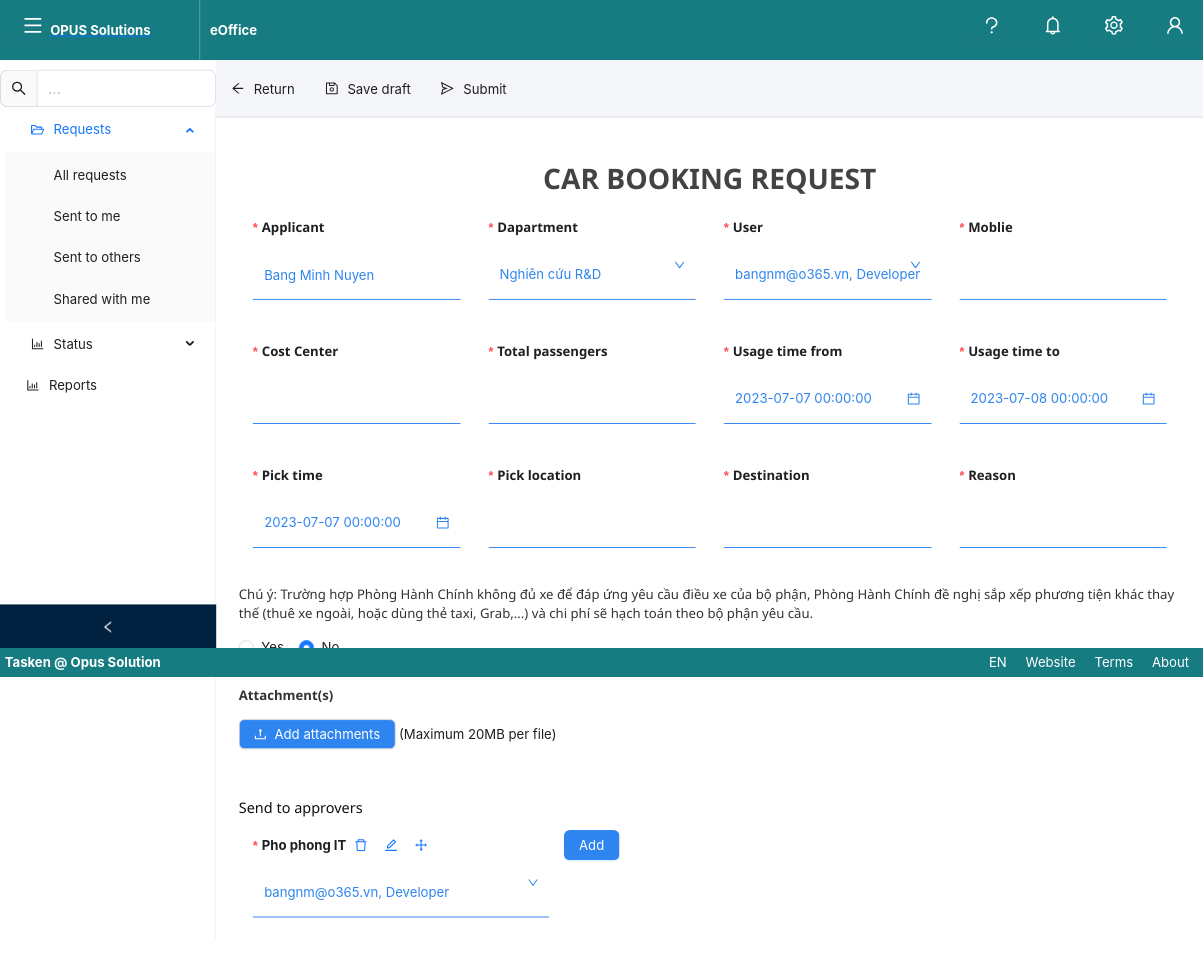
Repository: vannam272008/car-booking
Page: /request/addrequest
An editor plug-in stored every save of this project. The page is shown before and after the next save, followed by the edit.
The browser window is 1280 px wide. The pictures show the whole page, at 94% of full size.
The project was rebuilt for these pictures with package versions that can differ from the ones it lists, and the page was loaded fresh each time. Also part of the build but not shown: src/Components/DetailRequest/Comments/comment.tsx, src/Components/DetailRequest/Menu/menu.tsx, src/Components/DetailRequest/DetailRequest/detailRequest.tsx, src/Pages/ManageRequest/index.css, src/Pages/ManageRequest/ManageRequest.tsx. Imported but missing from the stored project, and not drawn on this page: src/Pages/Home.

Above is the page before, as saved 2023-07-09 22:39:16.

After the next save:
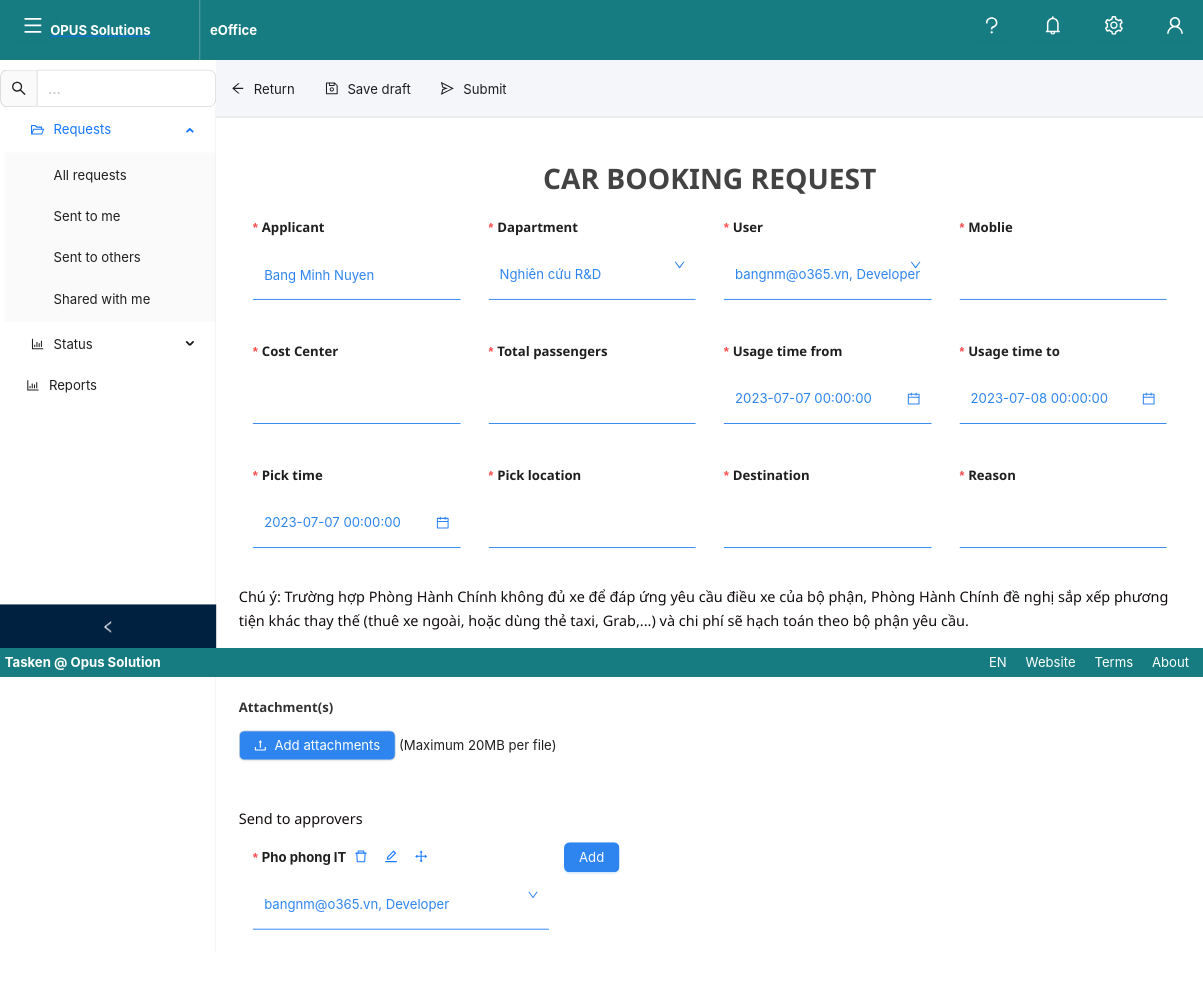
Saved 18 s later.
--- a/src/Components/AddRequest/AddRequest/addRequest.css
+++ b/src/Components/AddRequest/AddRequest/addRequest.css
@@ -79,6 +79,12 @@
     margin-bottom: 30px;
     font-family: "Segoe UI";
 }
+.attention-request  p{
+    font-size: 1.1em;
+    font-weight: 300;
+    line-height: 1.7em;
+    color: #130e0e;
+  }
 .ant-row .ant-form-item-label{
     padding: 0;
 }
